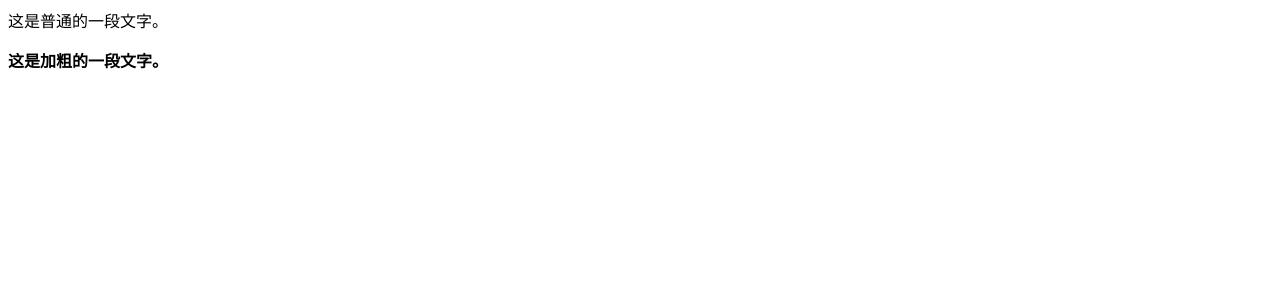
Repository: Yeyuehuke/Webstudy-Feidian
Page: 01-HTMLlearning/02-HTMLBasics/02-TextFormatting.html
An editor plug-in stored every save of this project. The page is shown before and after a run of saves, followed by the edit.
The browser window is 1280 px wide. The pictures show the whole page.

Above is the page before, as saved 2020-05-17 07:58:23.

### 01-HTMLlearning/02-HTMLBasics/02-TextFormatting.html
<html>
    <head>
        <title>我的网页</title>
    </head>

    <body>
        <p>这是普通的一段文字。</p>
        <p><b>这是加粗的一段文字。</b></p>
        <p><big></big></p>
    </body>
</html>

After the next 2 saves:
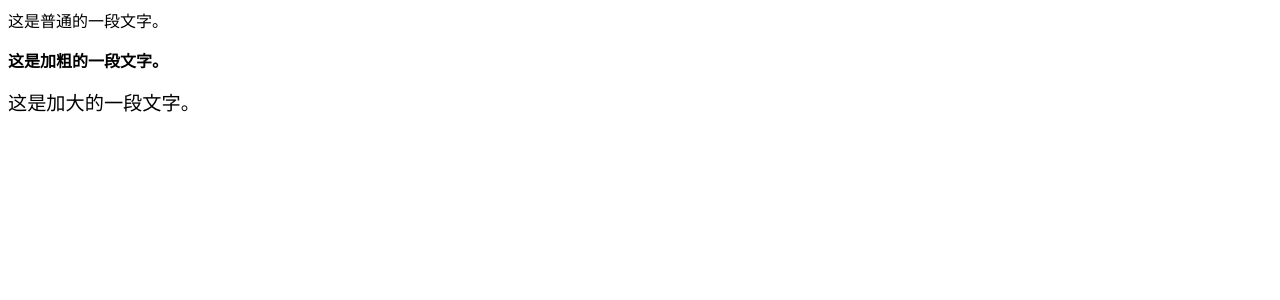
The 2 saves are shown as one change because they came seconds apart.
The last was saved 10 s later.
--- a/01-HTMLlearning/02-HTMLBasics/02-TextFormatting.html
+++ b/01-HTMLlearning/02-HTMLBasics/02-TextFormatting.html
@@ -6,6 +6,6 @@
     <body>
         <p>这是普通的一段文字。</p>
         <p><b>这是加粗的一段文字。</b></p>
-        <p><big></big></p>
+        <p><big>这是加大的一段文字。</big></p>
     </body>
 </html>
